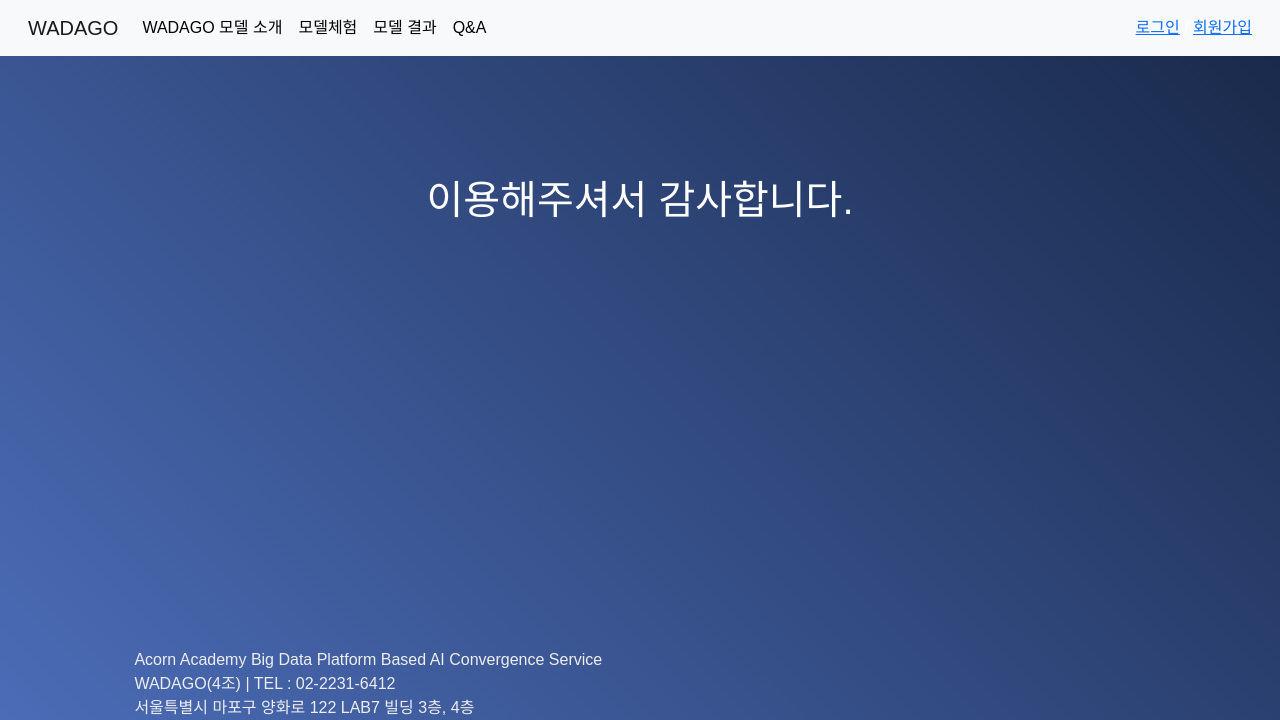
Repository: suchulchoi/Wadago_Project
Page: http://localhost/model/thanks
These files come from the project's save history. The page is drawn as it stood at one moment and after the next save; the edit follows.
The browser window is 1280 px wide. The pictures show the whole page.
Some web fonts or font styles are not loaded; a fallback is used. The page is this project's Thymeleaf template; nobody is signed in. The template is opened directly, without the code that normally fills it, so the values that code supplies are empty.

Above is the page before, as saved 2022-07-28 07:36:59.

### wadago_project/src/main/resources/templates/model/thanks.html
<html lnag="ko">
    <head>
        <meta charset="UTF-8">
        <title></title>

    </head>

    <body>
     <header th:insert="header_nav.html"></header>
	     <div class="container">
	     	<br><br><br><br><br>
	     	<center><h1>이용해주셔서 감사합니다.</h1></center>
	     </div>
     </body>
 </html>

### wadago_project/src/main/resources/templates/header_nav.html
<html lang="ko" xmlns:th="http://www.thymeleaf.org">

	<head>
		<meta charset="UTF-8">
		<script src="https://cdn.jsdelivr.net/npm/bootstrap@5.1.3/dist/js/bootstrap.bundle.min.js"
			integrity="sha384-ka7Sk0Gln4gmtz2MlQnikT1wXgYsOg+OMhuP+IlRH9sENBO0LRn5q+8nbTov4+1p"
			crossorigin="anonymous"></script>
		<link rel="stylesheet" href="https://maxcdn.bootstrapcdn.com/bootstrap/4.0.0/css/bootstrap.min.css" />
		<link href="https://cdn.jsdelivr.net/npm/bootstrap@5.1.3/dist/css/bootstrap.min.css" rel="stylesheet"
			integrity="sha384-1BmE4kWBq78iYhFldvKuhfTAU6auU8tT94WrHftjDbrCEXSU1oBoqyl2QvZ6jIW3" crossorigin="anonymous">
		<link rel="stylesheet" href="/css/signup.css">
		<link rel="preconnect" href="https://fonts.googleapis.com">
		<link rel="preconnect" href="https://fonts.gstatic.com" crossorigin>
		<link href="https://fonts.googleapis.com/css2?family=Black+Han+Sans&family=Nanum+Gothic:wght@400;700;800&family=Nanum+Pen+Script&display=swap" rel="stylesheet">
	</head>
	<style>
	body{
		font-family: 'Black Han Sans', sans-serif;
		background:linear-gradient(45deg,#4b6cb7,#182848);
		color: white;
	}
	table{
		color:white;
	}
	#navItem{
			color:black;
		}
	#navItem:hover{
			text-shadow: 5px 5px 5px rgb(44, 44, 44);
			font-size:large;
		}
	footer{
			position : fixed;
			bottom : 0;
			background-color:transparent;
			width:100%;
			height:10%;
			font-size:medium;
		}
	</style>
	<body>
		<nav class="navbar navbar-expand-lg navbar-light bg-light">
			<div class="container-fluid">
				<a class="navbar-brand" href="/">WADAGO</a>
				<button class="navbar-toggler" type="button" data-bs-toggle="collapse"
				data-bs-target="#navbarSupportedContent" aria-controls="navbarSupportedContent" aria-expanded="false"
				aria-label="Toggle navigation">
				<span class="navbar-toggler-icon"></span>
			</button>
			<div class="collapse navbar-collapse" id="navbarSupportedContent">
				<ul class="navbar-nav me-auto mb-2 mb-lg-0">
					<li class="nav-item">
						<a class="nav-link active" aria-current="page" href="/model/introduce" id="navItem">WADAGO 모델 소개</a>
					</li>
					<li class="nav-item">
						<a class="nav-link" href="/model/try.do" id="navItem">모델체험</a>
					</li>
					<li class="nav-item">
						<a class="nav-link" href="/model/result/1" id="navItem">모델 결과</a>
					</li>
					<li class="nav-item">
						<a class="nav-link" href="/board/list/1" id="navItem">Q&A</a>
					</li>
					<li class="nav-item dropdown" th:if="${session.memVo} and ${session.memVo.grade == 0}" id="navItem">
						<a class="nav-link dropdown-toggle" href="#" role="button" data-bs-toggle="dropdown"
							aria-expanded="false">
							관리자 전용
						</a>
						<ul class="dropdown-menu" aria-labelledby="navbarDropdown">
							<li><a class="dropdown-item" href="/mem/memberManagement/1">멤버 관리</a></li>
							<li><a class="dropdown-item" href="/mem/img/1">입력 사진 관리</a></li>
						</ul>
					</li>
				</ul>
				<footer th:insert="footer.html"></footer>
				<div th:if="${session.memVo}">
					<!--<span th:if="${session.memVo}!=null" th:text="${session.memVo.id}"></span>-->
					<span th:text="${session.memVo}?${session.memVo.id}:''"></span>
					(<span th:text="${session.memVo?.name}"></span>)
					님 로그인
					&nbsp;/&nbsp;
					<a href="/mem/logout">
						로그아웃
					</a>

				</div>
				<div class="d-flex" th:if="!${session.memVo}">
					<a href="/mem/login">
						로그인
					</a>&nbsp;/&nbsp;
					<a href="/mem/signup">
						회원가입
					</a>
				</div>
			</div>
		</div>
	</nav>
</body>

</html>

### wadago_project/src/main/resources/templates/footer.html
<html lang="ko" xmlns:th="http://www.thymeleaf.org">
	<head>
	<meta charset="UTF-8">

	</head>
	<style>

	</style>
    <footer style="color: #eeeeee;">
	    	Acorn Academy Big Data Platform Based AI Convergence Service
	    	<br>
	    	WADAGO(4조) | TEL : 02-2231-6412
	    	<br>
	    	서울특별시 마포구 양화로 122 LAB7 빌딩 3층, 4층
	    	<br>
   			COPYRIGHT(C) HBILAB. ALL RIGHTS RESERVED.
	</footer>
</html>

Loaded but not shown: wadago_project/src/main/resources/static/css/signup.css (no copy from this time; the picture is the same without it)

After the next save:
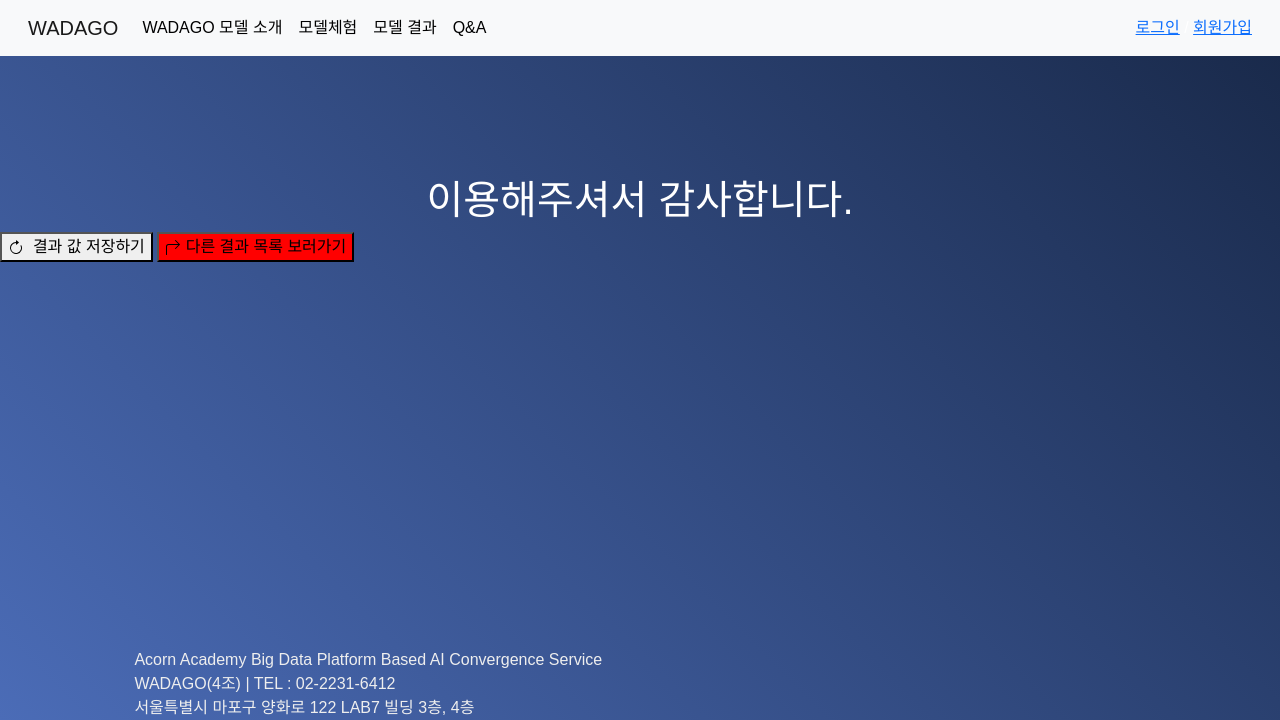
Saved 17 s later.
--- a/wadago_project/src/main/resources/templates/model/thanks.html
+++ b/wadago_project/src/main/resources/templates/model/thanks.html
@@ -11,5 +11,17 @@
 	     	<br><br><br><br><br>
 	     	<center><h1>이용해주셔서 감사합니다.</h1></center>
 	     </div>
+	     <button id="postBtn" class="resultBtn" type="submit">
+						<svg xmlns="http://www.w3.org/2000/svg" width="16" height="16" fill="currentColor" class="bi bi-arrow-clockwise" viewBox="0 0 16 16">
+						  <path fill-rule="evenodd" d="M8 3a5 5 0 1 0 4.546 2.914.5.5 0 0 1 .908-.417A6 6 0 1 1 8 2v1z"/>
+						  <path d="M8 4.466V.534a.25.25 0 0 1 .41-.192l2.36 1.966c.12.1.12.284 0 .384L8.41 4.658A.25.25 0 0 1 8 4.466z"/>
+						</svg>&nbsp; 결과 값 저장하기
+				</button>
+
+				<button id="postBtn" class="resultBtn" type="submit" style="background-color: red;" onclick="location.href='/model/result/1'">
+						 <svg xmlns="http://www.w3.org/2000/svg" width="16" height="16" fill="currentColor" class="bi bi-arrow-90deg-right" viewBox="0 0 16 16">
+						  <path fill-rule="evenodd" d="M14.854 4.854a.5.5 0 0 0 0-.708l-4-4a.5.5 0 0 0-.708.708L13.293 4H3.5A2.5 2.5 0 0 0 1 6.5v8a.5.5 0 0 0 1 0v-8A1.5 1.5 0 0 1 3.5 5h9.793l-3.147 3.146a.5.5 0 0 0 .708.708l4-4z"/>
+						</svg>&nbsp;다른 결과 목록 보러가기
+				</button>
      </body>
  </html>
